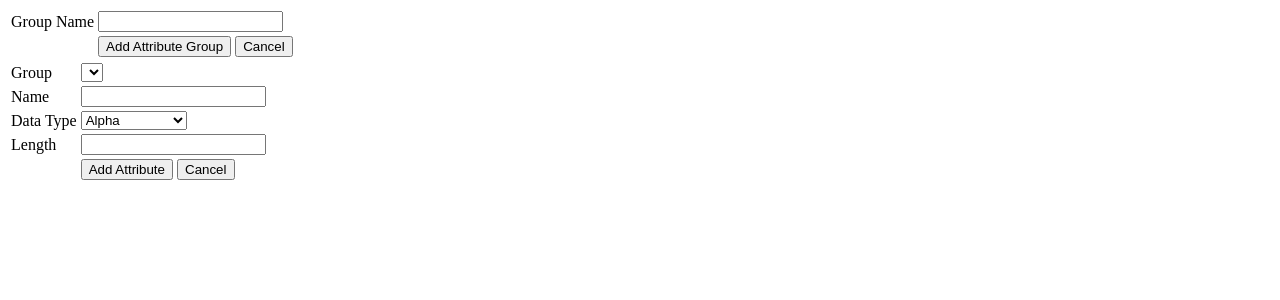
Repository: joliest/MyGits
Page: http://localhost/MiniTracker/Attribute.jsp
These files come from the project's save history. The page is drawn as it stood at one moment and after the next save; the edit follows.
The browser window is 1280 px wide. The pictures show the whole page.
Some web libraries are served in a nearby version. The page is served by Tomcat 9. Other server files are loaded and not shown. Queries for data that is not in the repository find no rows.

Above is the page before, as saved 2017-10-17 15:49:49.

### Java/Project_JIRA/MiniTracker/WebContent/Attribute.jsp
<%@ page language="java" contentType="text/html; charset=ISO-8859-1"
    pageEncoding="ISO-8859-1"%>
<html>
	<head>
		<title>Attribute Page</title>
		<script src="https://ajax.googleapis.com/ajax/libs/jquery/3.2.1/jquery.min.js"></script>
		<script src="js/Attribute.js"></script>
	</head>
	<body>
		<div id="AttributeListBox">
			<ul id="attributeGroupList">
				<li>Value 1
					<ul>
						<li> sub value 1</li>
						<li> sub value 2</li>
					</ul>
				</li>
			</ul>

		</div>

		<div id="AttributeGroupTextFieldBox">
			<table>
				<tr>
					<td>Group Name</td>
					<td><input type="text" id="attribGroupName"></td>
				</tr>
				<tr>
					<td></td>
					<td><button type="button" id="addAttributeGroup">Add Attribute Group</button>
						<button type="button" id="cancel">Cancel</button></td>
				</tr>
			</table>
		</div>

		<div id="AttributeTextFieldBox">
			<table>
				<tr>
					<td>Group</td>
					<td>
						<select id="selectAttributeGroup">

						</select>
					</td>
				</tr>
				<tr>
					<td>Name</td>
					<td><input type="text" id="attribName"></td>
				</tr>
				<tr>
					<td>Data Type</td>
					<td>
						<select id="attribDataType">
							<option>Alpha</option>
							<option>AlphaNumeric</option>
							<option>Numeric</option>
							<option>Date</option>
							<option>Selection</option>
						</select>
					</td>
				</tr>
				<tr>
					<td>Length</td>
					<td><input type="text" id="attribLength"></td>
				</tr>
				<tr>
					<td></td>
					<td><button type="button" id="addAttribute">Add Attribute</button>
						<input type="button" value="Cancel">
					</td>
				</tr>
			</table>
		</div>


	</body>
</html>

### Java/Project_JIRA/MiniTracker/WebContent/js/Attribute.js

/*
 	Add validation that detects blank values
 */

$(document).ready(function(){

	var controller = "/MiniTracker/Attribute.do";

	loadAttributePage();

	$("#addAttribute").click(function(){
		$.post(controller,
				{
					category : "addAttribute",
					groupName : $("#attribGroup").val(),
					groupId : $("option:selected").attr("attributeid"),
					name : $("#attribName").val(),
					dataType : $("#attribDataType").val(),
					length : $("#attribLength").val()
				},
				function(data, status) {
					alert(data);
				})
	})

	$("#addAttributeGroup").click(function(){
		$.post(controller,
				{
					category : "addAttributeGroup",
					name : $("#attribGroupName").val()
				},
				function(data, status) {
					alert(data);
				})
	})

	function loadAttributePage() {
	$.post(controller,
			{category : "loadAttributeGroups"},
			function(data, status) {
				$("#selectAttributeGroup").html(data);
			})

	$.post(controller,
			{category : "loadAttributesPanel"},
			function(data, status){
				$("#attributeGroupList").html(data);
			})
	}
})




/*
function addAttribute(value) {
	var buttonType = value;

	var xhttp = new XMLHttpRequest();

	xhttp.onreadystatechange = function() {
		if(this.readyState == 4 && this.status == 200) {
			alert("Ok");
		}
	};

	xhttp.open("POST", "MiniTracker/");
	xhttp.send();
}

*/

### Java/Project_JIRA/MiniTracker/src/com/tracker/Attribute/web/AttributeServlet.java
package com.tracker.Attribute.web;

import javax.servlet.http.*;

import com.tracker.Module;
import com.tracker.Attribute.model.Attribute;
import com.tracker.Attribute.model.AttributeGroup;
import com.tracker.DatabaseHelper.*;

import javax.servlet.*;

import java.io.IOException;
import java.io.PrintWriter;
import java.util.*;

public class AttributeServlet extends HttpServlet{

	public void doPost(HttpServletRequest request, HttpServletResponse response) throws ServletException, IOException {
		//doGet(request, response);
		response.setContentType("text/html");
		PrintWriter out = response.getWriter();

		String category = request.getParameter("category");
		String alert = "";

		DatabaseManager managerTask = new AttributeDatabaseManager(request);
		AttributeDatabaseManager attributeManagerTask = (AttributeDatabaseManager) managerTask;

		if(category.equals("addAttribute")) {

			Attribute attributeAdder = new Attribute(request);
			DatabaseManager addAttributeManager = new AttributeDatabaseManager(attributeAdder);
			addAttributeManager.add();

			alert +=  attributeAdder.getName() + " is added.";

		} else if(category.equals("loadAttributesPanel")) {
			HashMap<Integer, String> attributeGroups = managerTask.listGroups();
			HashMap<Integer, String> attributes;

			for(Map.Entry<Integer, String> groupEntry : attributeGroups.entrySet()) {

				String groupId = groupEntry.getKey().toString();
				String groupName = groupEntry.getValue().toString();

				int attributeGroupId = groupEntry.getKey();
				attributes = managerTask.getMembersByGroupId(attributeGroupId);

				//generates <li groupId="100">GroupName</li>
				//alert += "<li groupId=\"" + groupId + "\">";
				alert += "<li>";
				alert +=  "<b groupId=\"" + groupId + "\" id=\"attributeGroupListRow\">" + groupName + "</b>";
				alert += "<ul>";
				for(Map.Entry<Integer, String> entry : attributes.entrySet()) {
					String id = entry.getKey().toString();
					String attributeName = entry.getValue().toString();

					//generates <li attributeId="1001">AttributeName</li>
					alert += "<li id=\"attributeListRow\" attributeId=\"" + id + "\">";
					alert += attributeName;
					alert += "</li>";
				}
				alert += "</ul>";
				alert += "</li>";
			}

		} else if(category.equals("getAttributeGroup")) {
			int attributeId = getAttributeId(request);
			alert += attributeManagerTask.getAttributeGroupById(attributeId);

		} else if(category.equals("getAttributeName")) {
			int attributeId = getAttributeId(request);
			alert += attributeManagerTask.getAttributeNameById(attributeId);

		} else if(category.equals("getDataType")) {
			int attributeId = getAttributeId(request);
			alert += attributeManagerTask.getAttributeDataTypeById(attributeId);

		} else if(category.equals("getLength")) {
			int attributeId = getAttributeId(request);
			alert += attributeManagerTask.getAttributeLengthById(attributeId);

		} else if(category.equals("deleteAttribute")) {
			int attributeId = getAttributeId(request);
			alert += managerTask.remove(attributeId);

		}else {

		}
		out.print(alert);
	}

	private int getAttributeId(HttpServletRequest request) {
		String attributeIdValue = request.getParameter("attributeId");
		int attributeId = Integer.parseInt(attributeIdValue);
		return attributeId;
	}
}

After the next save:
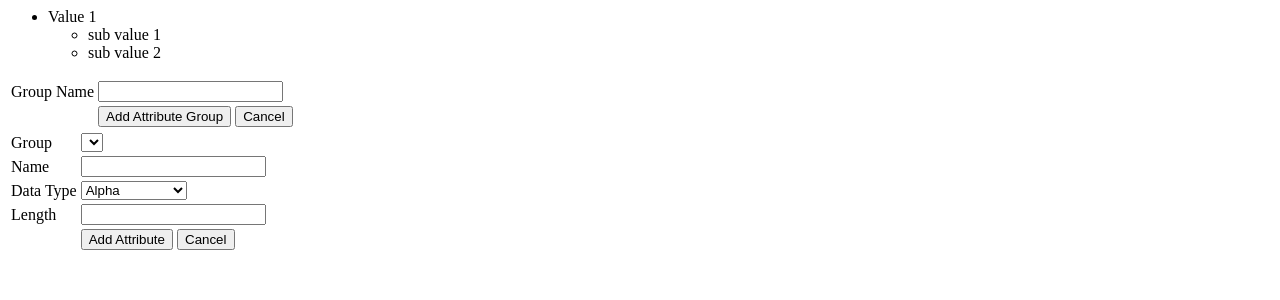
Saved 36 s later.
--- a/Java/Project_JIRA/MiniTracker/WebContent/js/Attribute.js
+++ b/Java/Project_JIRA/MiniTracker/WebContent/js/Attribute.js
@@ -7,7 +7,7 @@
 
 	var controller = "/MiniTracker/Attribute.do";
 
-	loadAttributePage();
+	//loadAttributePage();
 
 	$("#addAttribute").click(function(){
 		$.post(controller,

After the save that followed:
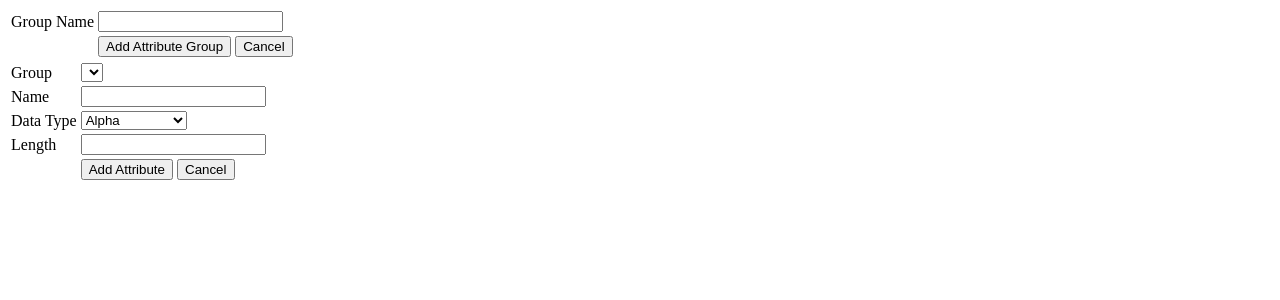
Saved 8 s later.
--- a/Java/Project_JIRA/MiniTracker/WebContent/js/Attribute.js
+++ b/Java/Project_JIRA/MiniTracker/WebContent/js/Attribute.js
@@ -7,7 +7,7 @@
 
 	var controller = "/MiniTracker/Attribute.do";
 
-	//loadAttributePage();
+	loadAttributePage();
 
 	$("#addAttribute").click(function(){
 		$.post(controller,
